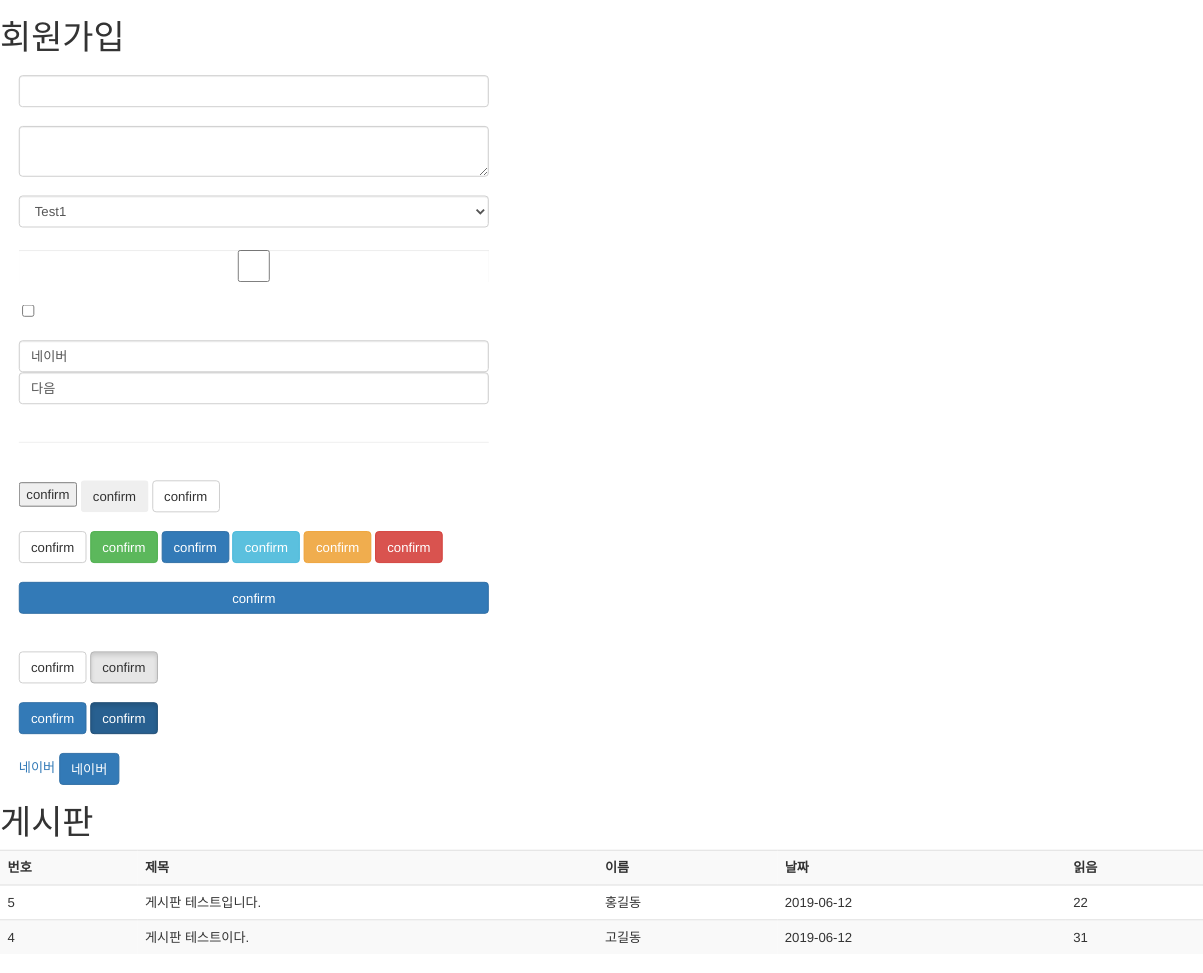
Repository: yhj4130/BootstrapStudy
Page: BootstrapWork/WebContent/BootEx03.html
The author's editor kept a copy of each file at every save. The page is drawn from the files as they stood at one save, then again after the next save.
The browser window is 1280 px wide. The pictures show the whole page, at 94% of full size.

Above is the page before, as saved 2019-06-12 02:30:18.

After the next save:
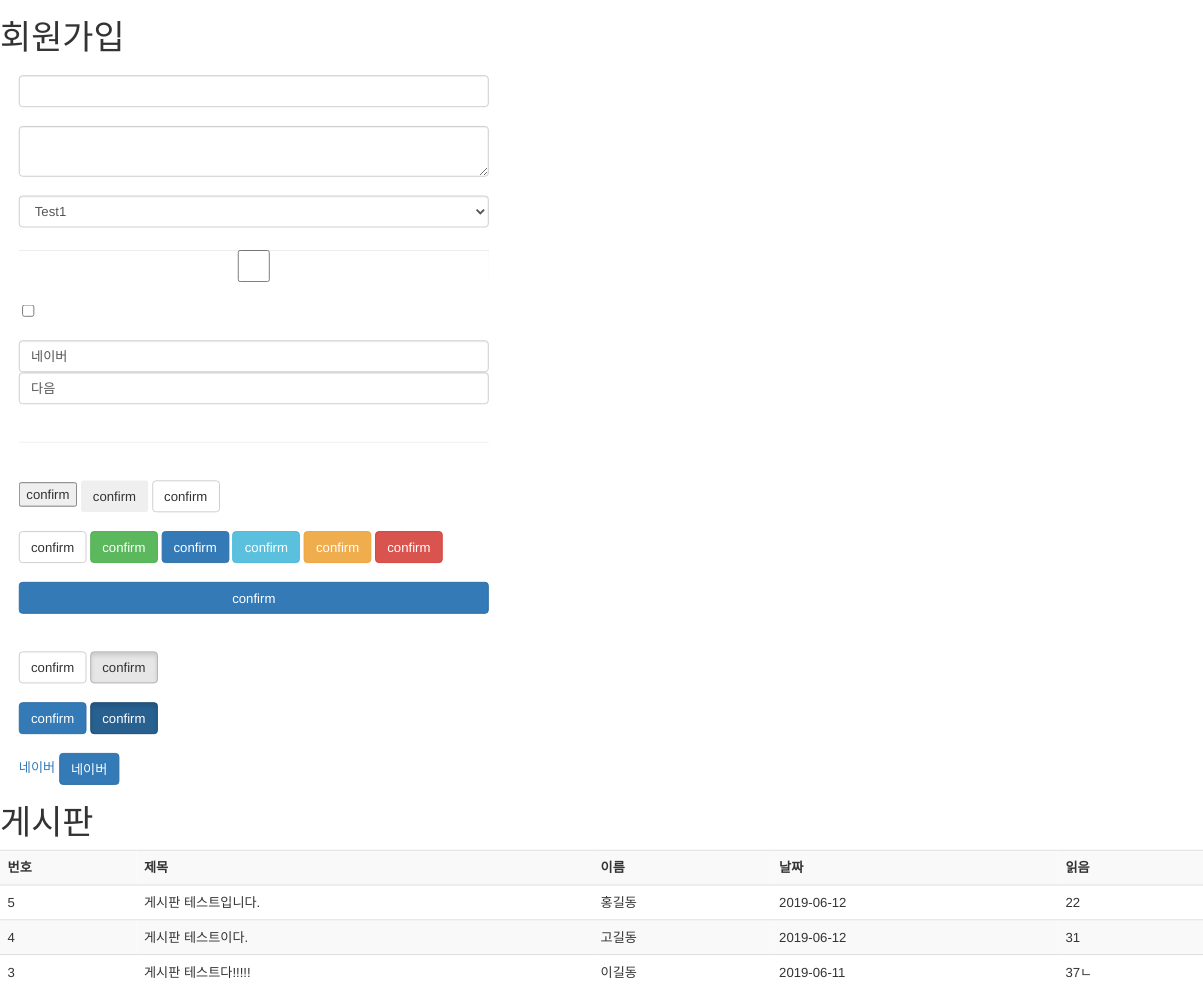
Saved 30 s later.
--- a/BootstrapWork/WebContent/BootEx03.html
+++ b/BootstrapWork/WebContent/BootEx03.html
@@ -97,6 +97,13 @@
 			<td>2019-06-12</td>
 			<td>31</td>
 		</tr>
+		<tr>
+			<td>3</td>
+			<td>게시판 테스트다!!!!!</td>
+			<td>이길동</td>
+			<td>2019-06-11</td>
+			<td>37ㄴ</td>
+		</tr>
 	</table>
 
 </div>
